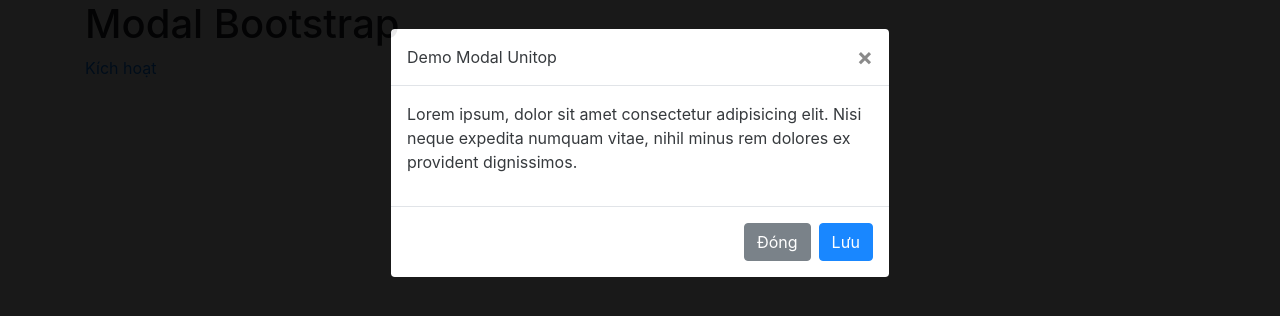
Repository: anhtu2110/front_end
Page: lesson/bootstrap/advance/5.8-poup_modal.html
The author's editor kept a copy of each file at every save. The page is drawn from the files as they stood at one save, then again after the next save.
The browser window is 1280 px wide. The pictures show the whole page.
After loading, the first visible `a` was clicked once.

Above is the page before, as saved 2022-12-07 15:20:23.

After the next save:
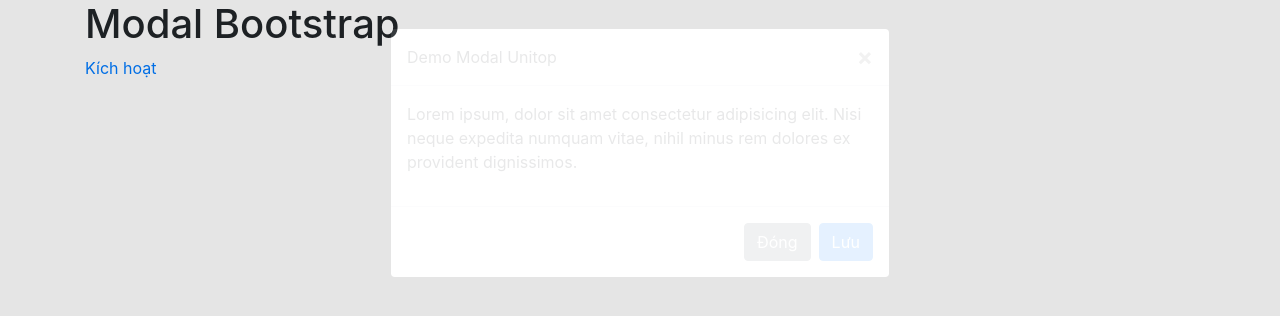
Saved 10 s later.
--- a/lesson/bootstrap/advance/5.8-poup_modal.html
+++ b/lesson/bootstrap/advance/5.8-poup_modal.html
@@ -12,7 +12,7 @@
     <style>
       .modal {
         background: #000;
-        opacity: 0.9;
+        opacity: 0.1;
       }
     </style>
     <div class="container">
